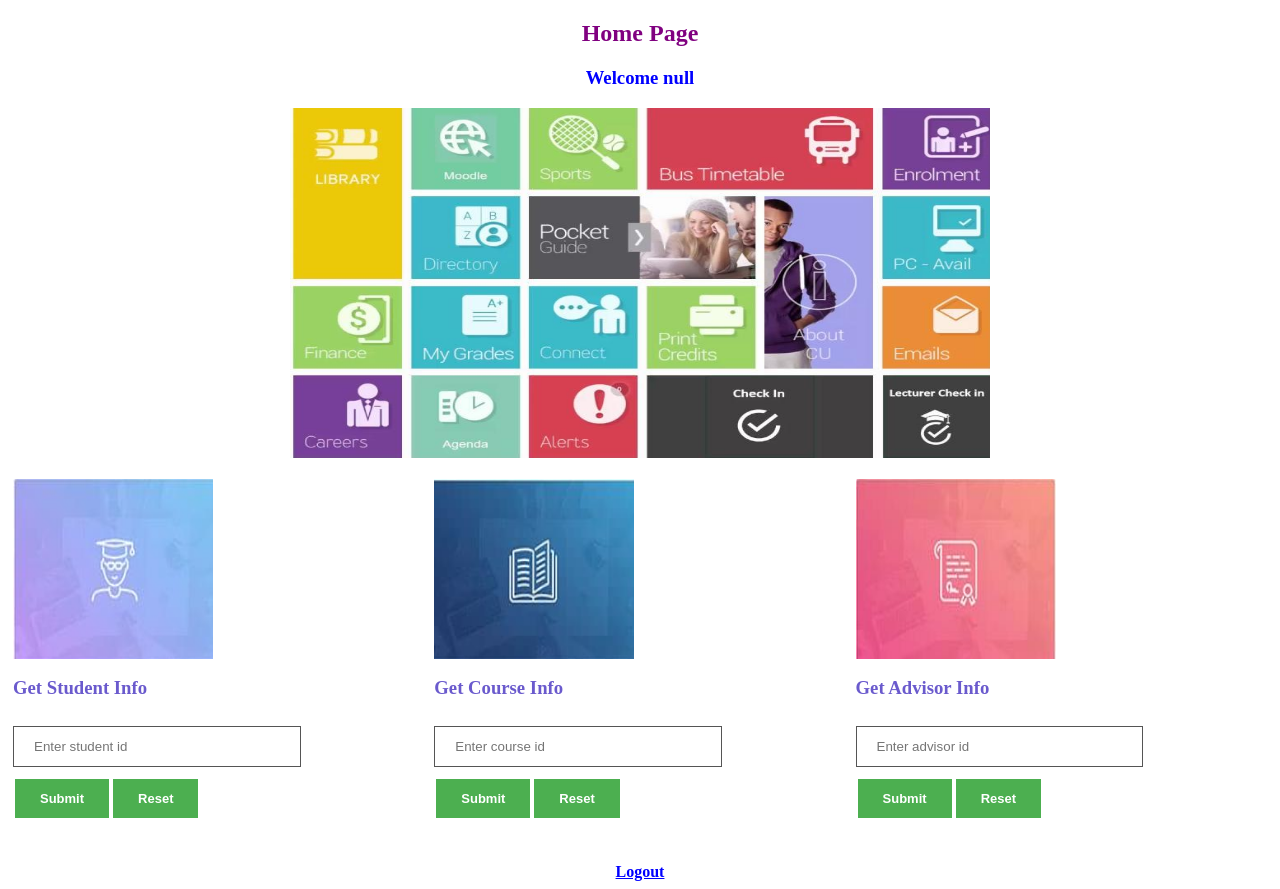
Repository: akshatkarani/CS313
Page: http://localhost/MVCDemoProject2/
The author's editor kept a copy of each file at every save. The page is drawn from the files as they stood at one save, then again after the next save.
The browser window is 1280 px wide. The pictures show the whole page.
The page is served by Tomcat 9.

Above is the page before, as saved 2019-09-13 10:01:12.

After the next save:
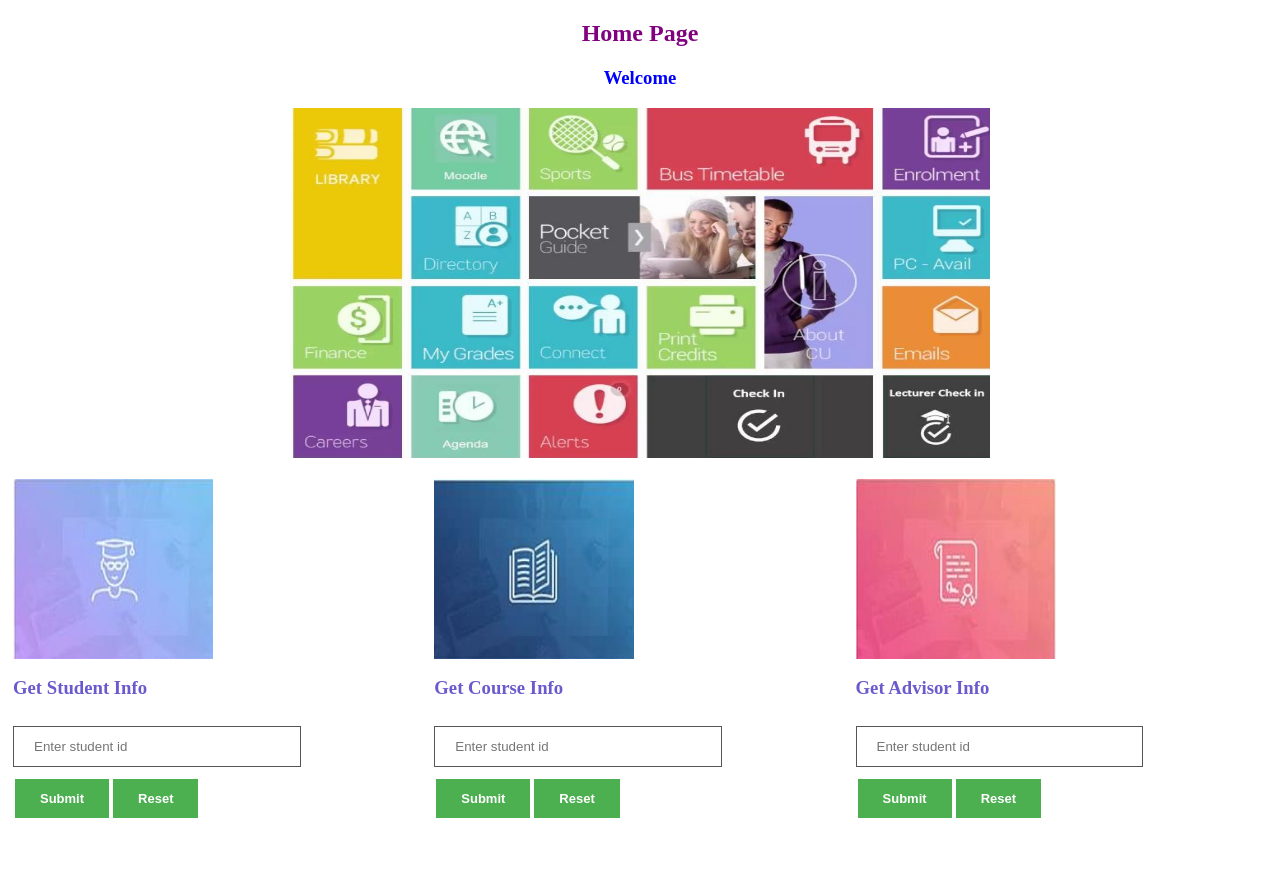
Saved 94 s later.
--- a/Lab7/MVCDemoProject2/WebContent/Home.jsp
+++ b/Lab7/MVCDemoProject2/WebContent/Home.jsp
@@ -63,9 +63,9 @@ input[type=text]:focus {
 
 	<center>
 		<h2 style="color:purple; font-weight:bold">Home Page</h2>
-		<h3 style="color:blue; font-weight:bold">Welcome   <%=request.getAttribute("userName")%></h3>
+		<h3 style="color:blue; font-weight:bold">Welcome</h3>
 	</center>
-	<p style="text-align:center;"><img src="images/icons/portal.jpg" height=350px" width="700px"></p>
+	<p style="text-align:center;"><img src="images/icons/portal.jpg" height="350px" width="700px"></p>
 	<div class="row">
   <div class="column">
     <img src="images/icons/student_info.jpg" height="180px" width="200px">
@@ -79,7 +79,7 @@ input[type=text]:focus {
     <img src="images/icons/course_info.jpg" height="180px" width="200px">
     <form name="form" action="CourseServlet" method="post">
 
-		<h3 style="color:SlateBlue; font-weight:bold">Get Course Info</h3><input type="text" name="id" placeholder="Enter course id"/>
+		<h3 style="color:SlateBlue; font-weight:bold">Get Course Info</h3><input type="text" name="id" placeholder="Enter student id"/>
 		<br><input type="submit" value="Submit"></input><input type="reset" value="Reset"></input>
 	</form>
   </div>
@@ -87,7 +87,7 @@ input[type=text]:focus {
     <img src="images/icons/advisor.jpg" height="180px" width="200px">
     <form name="form" action="AdvisorServlet" method="post">
 
-		<h3 style="color:SlateBlue; font-weight:bold">Get Advisor Info</h3> <input type="text" name="id" placeholder="Enter advisor id"/>
+		<h3 style="color:SlateBlue; font-weight:bold">Get Advisor Info</h3> <input type="text" name="id" placeholder="Enter student id"/>
 		<br><input type="submit" value="Submit"></input><input type="reset" value="Reset"></input>
 	</form>
   </div>
@@ -98,9 +98,7 @@ input[type=text]:focus {
 
 
 
-<br><br>	<div style="text-align: center">
-		<a href="LogoutServlet" style="color:blue; font-weight:bold">Logout</a>
-	</div>
+<br><br>
 
 </body>
 </html>
